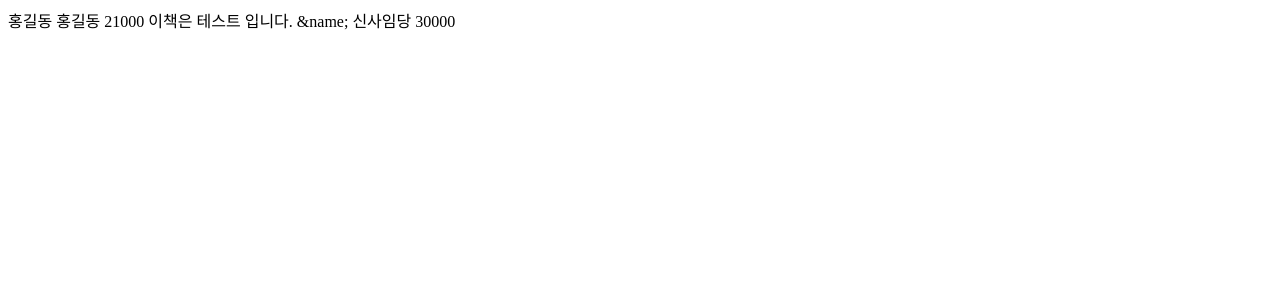
Repository: kimsunoh/springFrameworkStudy
Page: http://localhost/xmlweb/xmltest.jsp
An editor plug-in stored every save of this project. The page is shown before and after the next save, followed by the edit.
The browser window is 1280 px wide. The pictures show the whole page.
The page is served by Tomcat 9.

Above is the page before, as saved 2016-05-20 02:21:00.

After the next save:
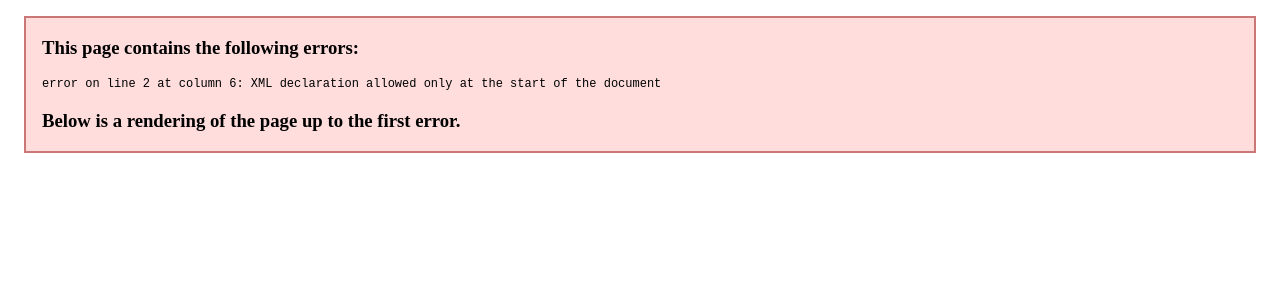
Saved 20 s later.
--- a/xmlweb/WebContent/xmltest.jsp
+++ b/xmlweb/WebContent/xmltest.jsp
@@ -1,4 +1,4 @@
-<%@ page language="java" contentType="text/html; charset=UTF-8"
+<%@ page language="java" contentType="text/xml; charset=UTF-8"
     pageEncoding="UTF-8"%>
 <?xml version="1.0" encoding="UTF-8"?>
 
